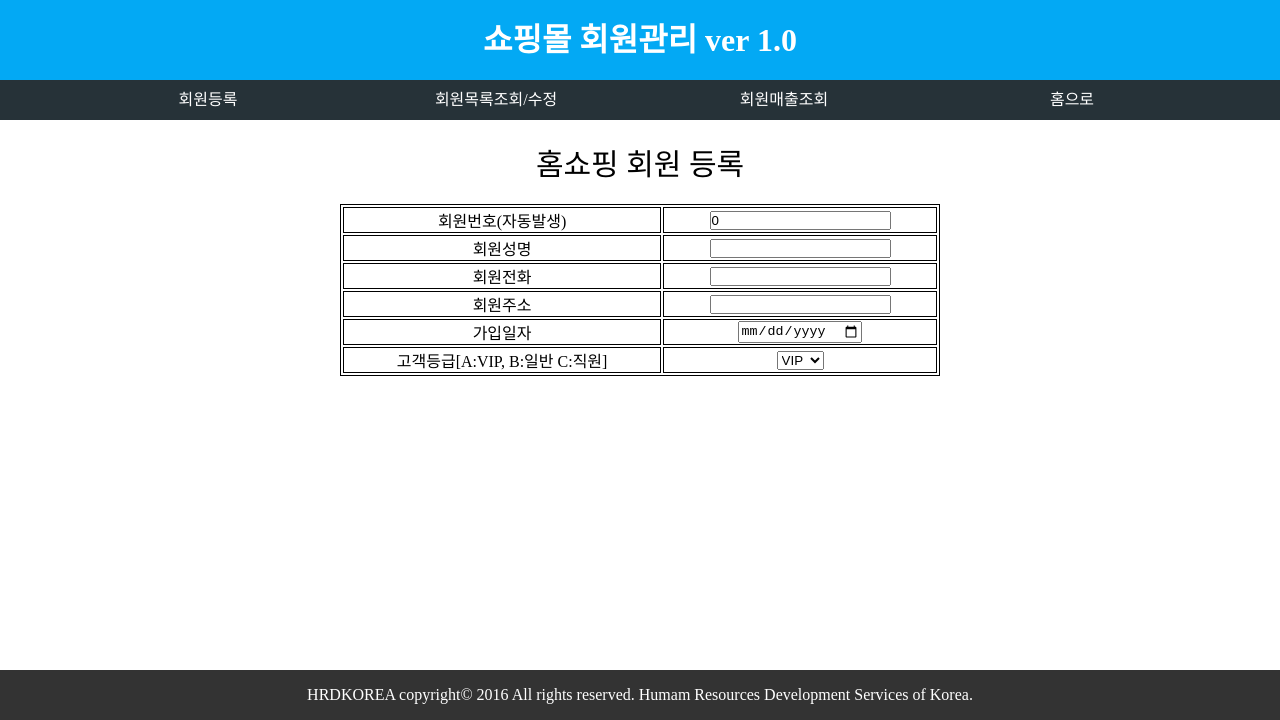
Repository: choiyuhee0722/two-crud
Page: http://localhost/HRD_000_1/view/memberInput.jsp
These files come from the project's save history. The page is drawn as it stood at one moment and after the next save; the edit follows.
The browser window is 1280 px wide. The pictures show the whole page.
The page is served by Tomcat 9. Other server files are loaded and not shown. Queries for data that is not in the repository find no rows.

Above is the page before, as saved 2024-03-28 10:41:34.

### HRD_000_1/src/main/webapp/view/memberInput.jsp
<%@ page language="java" contentType="text/html; charset=UTF-8"
    pageEncoding="UTF-8"%>
<%@ page import="dao.MemberDao"%>

<jsp:include page="../master/header.jsp"/>
<%
		MemberDao dao = new MemberDao();
	int custno = dao.getMaxCustNo();
%>
<section>
	<div class="container">
		<p class="title">홈쇼핑 회원 등록</p>
		<form action="memberInputProc.jsp" method="post" name="frm">
			<table width="600px">
			<tr>
					<td>회원번호(자동발생)</td>
					<td><input type="number" value="<%= custno %>" name="custno" id="custno" readonly="readonly"></td>
			</tr>
			<tr>
					<td>회원성명</td>
					<td><input type="text" id="custname" name="custname"></td>
			</tr>
			<tr>
					<td>회원전화</td>
					<td><input type="text" id="phone" name="phone"></td>
			</tr>
			<tr>
					<td>회원주소</td>
					<td><input type="text" id="address" name="address"></td>
			</tr>
			<tr>
					<td>가입일자</td>
					<td><input type="date" id="joindate" name="joindate"></td>
			</tr>
			<tr>
					<td>고객등급[A:VIP, B:일반 C:직원]</td>
					<td><select>
							<option value="A">VIP</option>
							<option value="B">일반</option>
							<option value="C">직원</option>
						</select>
					</td>
			</tr>
			</table>
		</form>
	</div>
</section>

<jsp:include page="../master/footer.jsp"/>

### HRD_000_1/src/main/webapp/master/header.jsp
<%@ page language="java" contentType="text/html; charset=UTF-8"
    pageEncoding="UTF-8"%>
<!DOCTYPE html>
<html>
<head>
	<meta charset="UTF-8">
	<title>쇼핑몰 회원관리</title>
	<link rel="stylesheet" href="/css/style.css?after">
</head>
<body>
	<header>
		<h1>쇼핑몰 회원관리 ver 1.0</h1>
	</header>

	<nav>
		<ul>
			<li><a href="/view/memberInput.jsp">회원등록</a></li>
			<li><a href="/view/memberList.jsp">회원목록조회/수정</a></li>
			<li><a href="/view/memberMoneyList.jsp">회원매출조회</a></li>
			<li><a href="/index.jsp">홈으로</a></li>
		</ul>
	</nav>
</body>
</html>

### HRD_000_1/src/main/webapp/master/footer.jsp
<%@ page language="java" contentType="text/html; charset=UTF-8"
    pageEncoding="UTF-8"%>

<footer>
	HRDKOREA copyright&copy; 2016 All rights reserved. Humam
	Resources Development Services of Korea.
</footer>

</body>
</html>

### HRD_000_1/src/main/java/dao/MemberDao.java

package dao;

import java.sql.Connection;
import java.sql.PreparedStatement;
import java.sql.ResultSet;
import java.sql.SQLException;
import java.util.ArrayList;

import common.DBUtils;
import vo.MemberMoneyVO;
import vo.MemberVO;

public class MemberDao{
	public ArrayList<MemberVO> memberList(){

		ArrayList<MemberVO> list = new ArrayList<MemberVO>();

		Connection conn = null;
		PreparedStatement ps = null;
		ResultSet rs = null;

		try {
			conn = DBUtils.getConnection();
			ps = conn.prepareStatement("select custno, custname, phone, address, joindate, \r\n"
					+ "decode(grade,'A','VIP','B','일반','C','직원') grade,\r\n"
					+ "city \r\n"
					+ "from member_tbl_02 \r\n"
					+ "order by custno");
			rs = ps.executeQuery();

			while(rs.next()) {
					MemberVO vo = new MemberVO();
					vo.setCustno(rs.getInt("custno"));
					vo.setCustname(rs.getString("custname"));
					vo.setPhone(rs.getString("phone"));
					vo.setAddress(rs.getString("address"));
					vo.setJoindate(rs.getDate("joindate"));
					vo.setGrade(rs.getString("grade"));
					vo.setCity(rs.getString("city"));
					list.add(vo);
			}
		}catch(Exception e) {
			e.printStackTrace();
		}finally {
				DBUtils.close(conn, ps, rs);
		}

		return list;
	}

	public ArrayList<MemberMoneyVO> memberMoneyList(){
		ArrayList<MemberMoneyVO> list = new ArrayList<MemberMoneyVO>();

		Connection conn = null;
		PreparedStatement ps = null;
		ResultSet rs = null;

		try {
			conn = DBUtils.getConnection();
			ps = conn.prepareStatement("select A.custno, A.custname, decode(grade,'A','VIP','B','일반','C','직원') grade, sum(B.price) price\r\n"
					+ "from MEMBER_TBL_02 A, MONEY_TBL_02 B \r\n"
					+ "where A.custno = B.custno\r\n"
					+ "group by A.custno, A.custname, A.grade\r\n"
					+ "order by price desc");
			rs = ps.executeQuery();

			while(rs.next()) {
					MemberMoneyVO vo = new MemberMoneyVO();
					vo.setCustno(rs.getInt("custno"));
					vo.setCustname(rs.getString("custname"));
					vo.setGrade(rs.getString("grade"));
					vo.setPrice(rs.getInt("price"));
					list.add(vo);
			}
		}catch(Exception e) {
				e.printStackTrace();
		}finally {
			DBUtils.close(conn, ps, rs);

		}
		return list;
	}

	public int getMaxCustNo() {
		Connection conn = null;
		PreparedStatement ps = null;
		ResultSet rs = null;
		int custno = 0;

		try {
			 conn = DBUtils.getConnection();
			 ps = conn.prepareStatement("select max(custno)+1 custno\r\n"
			 		+ "from MEMBER_TBL_02");

			 rs = ps.executeQuery();
			 while(rs.next()) {
					custno = rs.getInt("custno");
			}
		}catch(Exception e) {
				e.printStackTrace();
		}finally {
			DBUtils.close(conn, ps, rs);
		}
		return custno;
	}
	public int memberInsert(MemberVO member) throws SQLException{
		Connection conn = null;
		PreparedStatement ps = null;
		int n = 0;
		try {
			conn = DBUtils.getConnection();
			ps = conn.prepareStatement("insert into member_tbl_02 values(?,?,?,?,?,?,?)");

			ps.setInt(1, member.getCustno());
			ps.setString(2, member.getCustname());
			ps.setString(3, member.getPhone());
			ps.setString(4, member.getAddress());
			ps.setDate(5, member.getJoindate());
			ps.setString(6, member.getGrade());
			ps.setString(7, member.getCity());
			n = ps.executeUpdate();
			if(n > 0) {
					conn.commit();
			}
		}catch(Exception e) {
			e.printStackTrace();
		}finally {
			DBUtils.close(conn, ps);
		}
		return n;


	}

}

### HRD_000_1/src/main/java/common/DBUtils.java
package common;

import java.sql.Connection;
import java.sql.DriverManager;
import java.sql.PreparedStatement;
import java.sql.ResultSet;

public class DBUtils {
	public static Connection getConnection() {
		Connection con = null;
		try {
			Class.forName("oracle.jdbc.driver.OracleDriver");
			con = DriverManager.getConnection("jdbc:oracle:thin:@localhost:1521:xe","system","1234");
		}catch(Exception e) {
			e.printStackTrace();
		}
		return con;
	}
	public static void close(Connection conn, PreparedStatement ps, ResultSet rs) {
	if(rs != null) {
		try {
				rs.close();
		}catch(Exception ex) {
			System.out.println("오류 발생 : "+ ex);
		}
	}
	close(conn, ps);
}

public static void close(Connection conn, PreparedStatement ps) {
	if(ps != null) {
		try {
				ps.close();
		}catch(Exception ex) {
			System.out.println("오류 발생 : "+ ex);
		}
	}
}

}

### HRD_000_1/src/main/webapp/css/style.css
/* init */
*{
		padding: 0;
		margin: 0 auto;
}
ul{
		list-style: none;
}
a{
		color: inherit;
		text-decoration: none;
}

/*header*/
header{
		width: 100%;
		height: 80px;
		background-color: #03A9F4;
		text-align: center;
		line-height: 80px;
		color: white;
}

/*nav*/
nav{
		width: 100%;
		height: 40px;
		background: #263238;
		text-align: center;
		line-height: 40px;
		color: white;
}
nav > ul{
		width: 90%;
}
nav > ul > li{
		width: 25%;
		float: left;
}

/*section*/
section{
		width: 100%;
}
section > .container{
		padding: 20px;
		margin: 0 auto;
}
section > .container .title{
		font-size: 30px;
		text-align: center;
		margin-bottom: 20px;
}
table,th,td{
		border: 1px solid black;
		text-align: center;
}
/*footer*/
footer{
		width: 100%;
		height: 50px;
		line-height: 50px;
		text-align: center;
		background: #333;
		color: white;
		position: absolute;
		bottom: 0;
}
/*footer*/

After the next save:
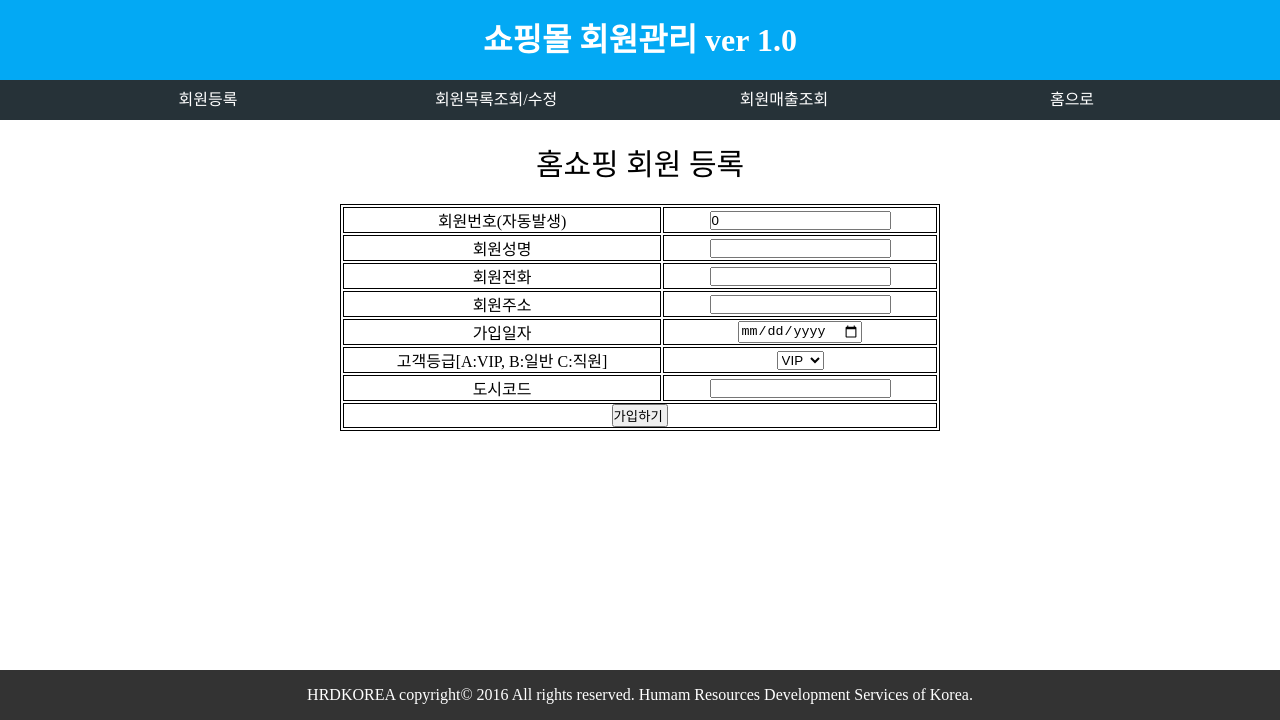
Saved 105 s later.
--- a/HRD_000_1/src/main/webapp/view/memberInput.jsp
+++ b/HRD_000_1/src/main/webapp/view/memberInput.jsp
@@ -41,6 +41,15 @@
 						</select>
 					</td>
 			</tr>
+			<tr>
+					<td>도시코드</td>
+					<td><input type="text" id="city" name="city"></td>
+			</tr>
+			<tr>
+					<td colspan="2" align="center">
+					<input type="submit" value="가입하기 " onclick="return checkForm()">
+					</td>
+			</tr>
 			</table>
 		</form>
 	</div>
